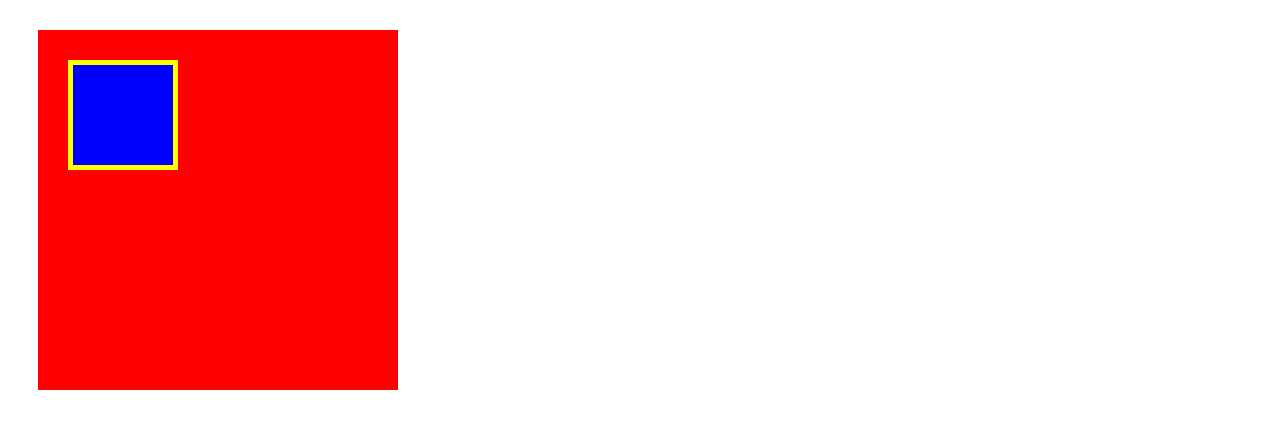
Repository: takuromiyazaki/kadai
Page: box/box.html
The author's editor kept a record of every edit. The page is drawn from the files as they stood at one moment, then again after the next edit.
The browser window is 1280 px wide. The pictures show the whole page.

Above is the page before.

After the next edit:
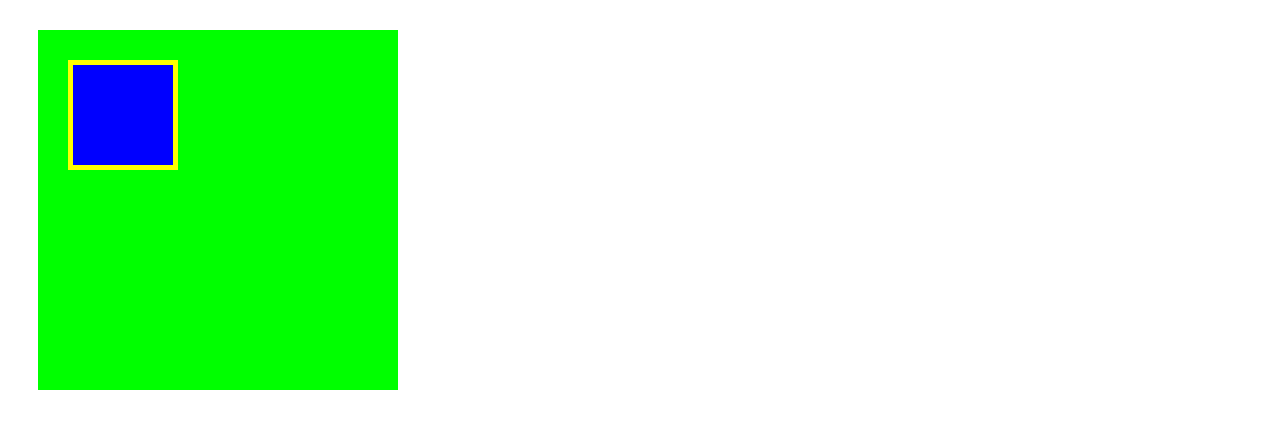
The edit:
--- a/box/box.css
+++ b/box/box.css
@@ -1,7 +1,7 @@
 .box1 {
   width: 300px;
   height: 300px;
-  background-color: red;
+  background-color: lime;
   margin: 30px;
   padding: 30px;
 }
